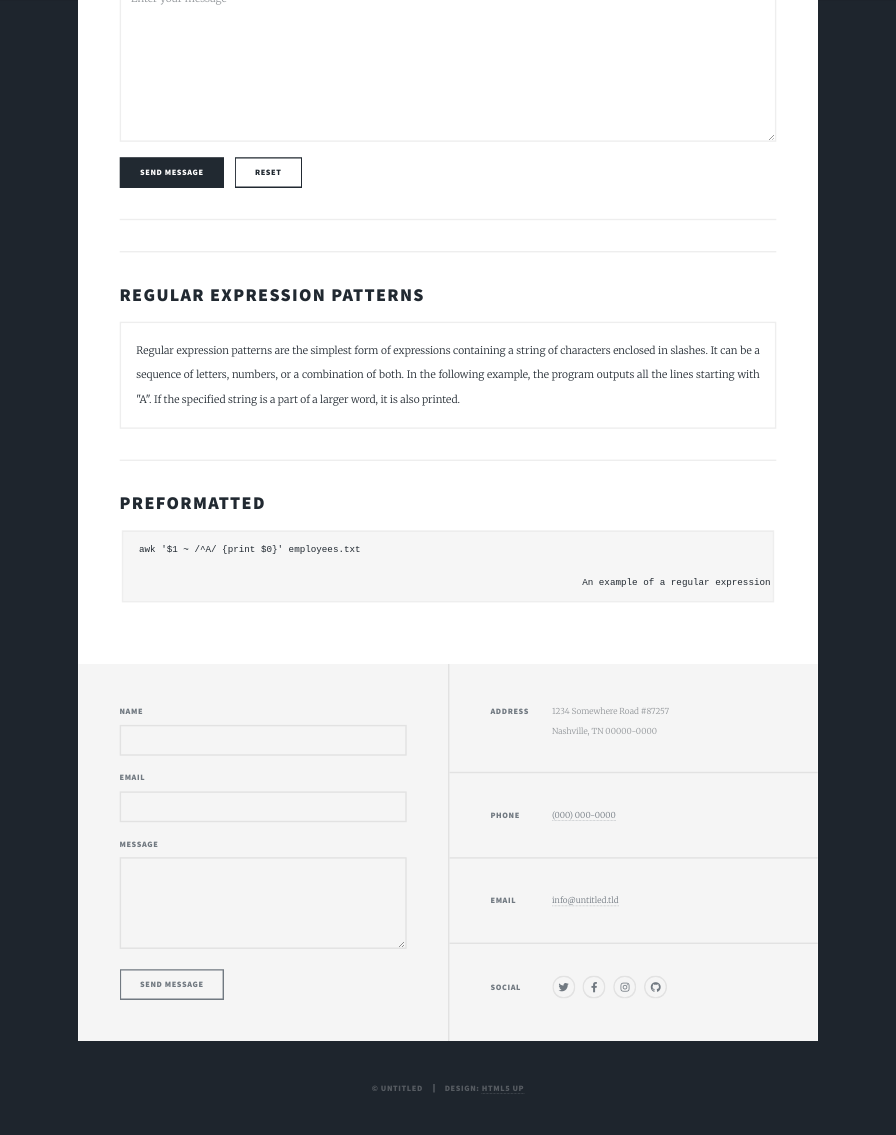
Repository: enlilsudo/Orlando-Portfolio
Page: elements.html
The author's editor kept a copy of each file at every save. The page is drawn from the files as they stood at one save, then again after the next save.
The browser window is 1280 px wide. The pictures show the part of the page from y = 3692 to 5612 px (the page is 5314 px tall before and 5612 px after), at 70% of full size.

Above is the page before, as saved 2023-02-21 07:41:52.

After the next save:
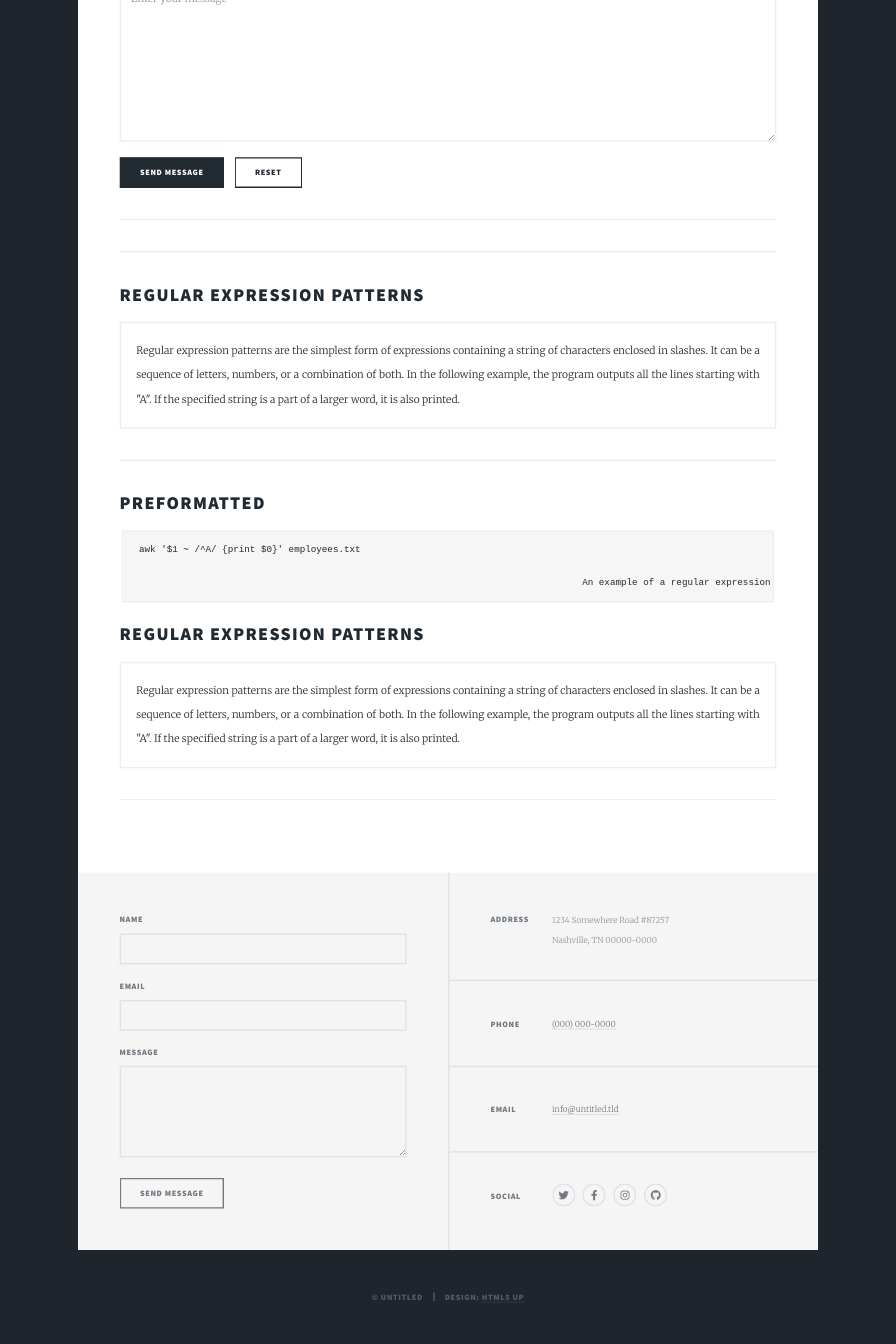
Saved 9 min 48 s later.
--- a/elements.html
+++ b/elements.html
@@ -230,6 +230,14 @@
 
 										An example of a regular expression pattern.
 </code></pre>
+<h2>Regular Expression Patterns
+</h2>
+<div class="box">
+	<p>Regular expression patterns are the simplest form of expressions containing a string of characters enclosed in slashes. It can be a sequence of letters, numbers, or a combination of both.
+		In the following example, the program outputs all the lines starting with "A". If the specified string is a part of a larger word, it is also printed.</p>
+</div>
+
+<hr />
 
 							</section>
 

After the save that followed:
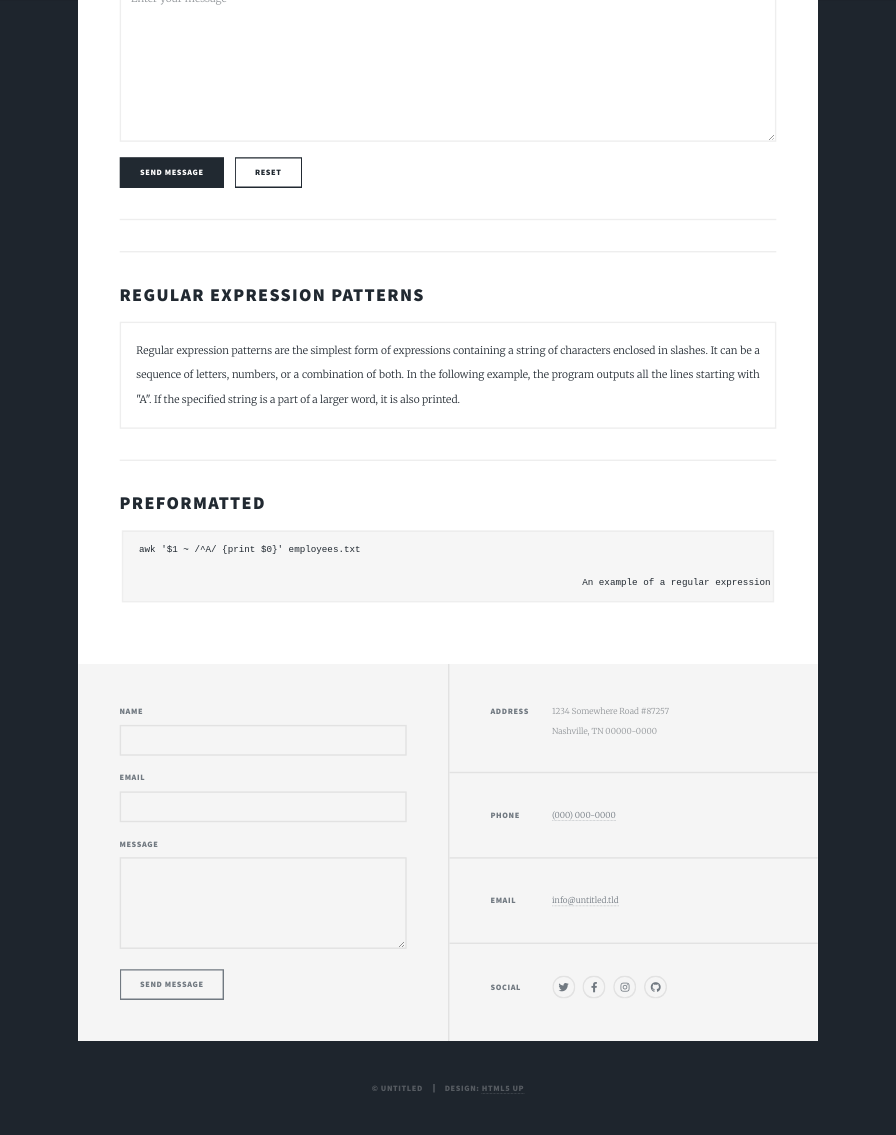
Saved 67 s later.
--- a/elements.html
+++ b/elements.html
@@ -230,14 +230,7 @@
 
 										An example of a regular expression pattern.
 </code></pre>
-<h2>Regular Expression Patterns
-</h2>
-<div class="box">
-	<p>Regular expression patterns are the simplest form of expressions containing a string of characters enclosed in slashes. It can be a sequence of letters, numbers, or a combination of both.
-		In the following example, the program outputs all the lines starting with "A". If the specified string is a part of a larger word, it is also printed.</p>
-</div>
-
-<hr />
+
 
 							</section>
 
